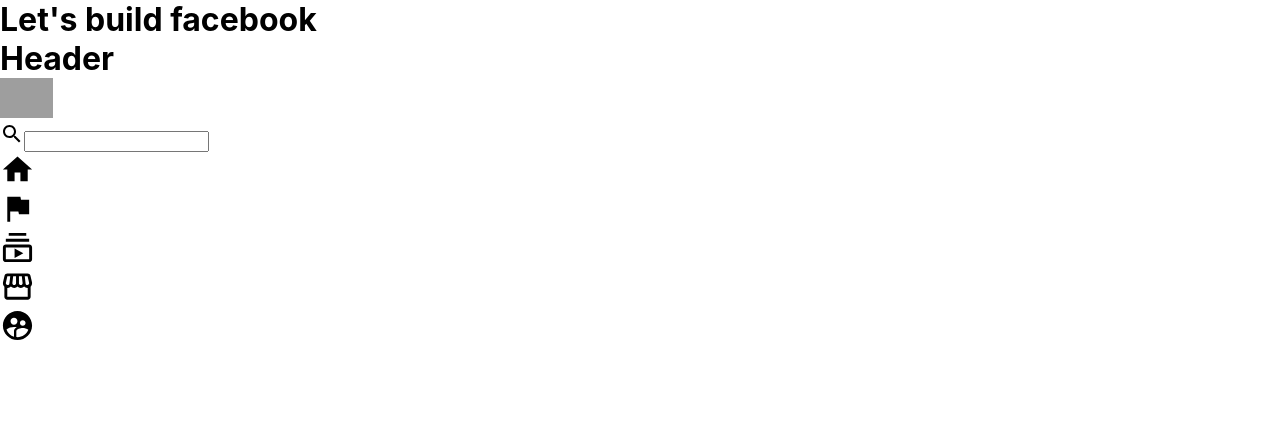
Repository: exiled-kal/FaceBook
Page: /
The author's editor kept a copy of each file at every save. The page is drawn from the files as they stood at one save, then again after a run of saves.
The browser window is 1280 px wide. The pictures show the whole page.
Pictures or frames that could not be fetched are drawn as grey boxes. The project was rebuilt for these pictures with package versions that can differ from the ones it lists, and the page was loaded fresh each time. Also part of the build but not shown: src/App.css.

Above is the page before, as saved 2020-08-29 21:39:36.

### src/App.js
import React from 'react';
import './App.css';
import Header from './Header';

function App() {
  return (
    <div className="app">
      <h1>Let's build facebook</h1>

      {/* Header */}
      <Header />
      {/* App Body */}
      {/* SideBar */}
      {/* Feed */}
      {/* Widget */}
    </div>
  );
}

export default App;

### src/Header.js
import React from 'react';
import './Header.css';
import SearchIcon from '@material-ui/icons/Search';
import HomeIcon from '@material-ui/icons/Home';
import FlagIcon from '@material-ui/icons/Flag';
import SubscriptionOutlinedIcon from '@material-ui/icons/SubscriptionsOutlined';
import StorefrontOutlinedIcon from '@material-ui/icons/StorefrontOutlined';
import SupervisedUserCircleIcon from '@material-ui/icons/SupervisedUserCircle';

function Header() {
  return (
    <div className="header">
      <h1>Header</h1>
      <div className="header__left">
        <img
          src="https://facebookbrand.com/wp-content/uploads/2019/04/f_logo_RGB-Hex-Blue_512.png?w=512&h=512"
          alt=""
        />
        <div className="header__input">
          <SearchIcon />
          <input type="text" />
        </div>
      </div>

      <div className="header__middle">
        <div className="header__option">
          <HomeIcon fontSize="large" />
        </div>
        <div className="header__option">
          <FlagIcon fontSize="large" />
        </div>
        <div className="header__option">
          <SubscriptionOutlinedIcon fontSize="large" />
        </div>
        <div className="header__option">
          <StorefrontOutlinedIcon fontSize="large" />
        </div>
        <div className="header__option">
          <SupervisedUserCircleIcon fontSize="large" />
        </div>
      </div>

      <div className="header__right">
          <div className="header__info">

          </div>
      </div>
    </div>
  );
}

export default Header;

### src/Header.css
.header__left > img {
  height: 40px;

}

Loaded but not shown: public/index.html (common file); src/index.js (common file); src/index.css (common file); src/serviceWorker.js (common file)

After the next 3 saves:
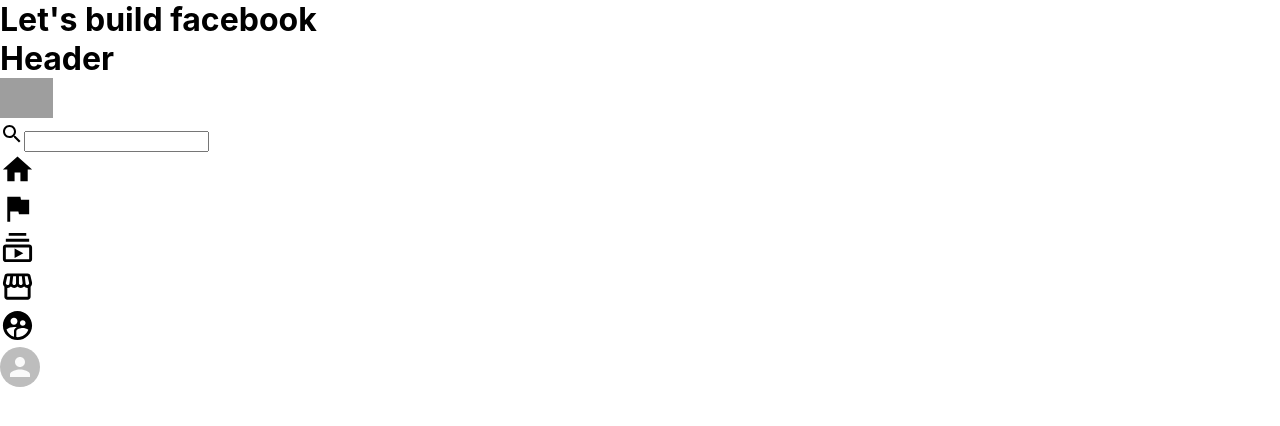
The 3 saves are shown as one change because they came seconds apart.
The last was saved 12 s later.
--- a/src/Header.js
+++ b/src/Header.js
@@ -6,6 +6,7 @@
 import SubscriptionOutlinedIcon from '@material-ui/icons/SubscriptionsOutlined';
 import StorefrontOutlinedIcon from '@material-ui/icons/StorefrontOutlined';
 import SupervisedUserCircleIcon from '@material-ui/icons/SupervisedUserCircle';
+import { Avatar } from '@material-ui/core';
 
 function Header() {
   return (
@@ -42,7 +43,7 @@
 
       <div className="header__right">
           <div className="header__info">
-
+              <Avatar />
           </div>
       </div>
     </div>
